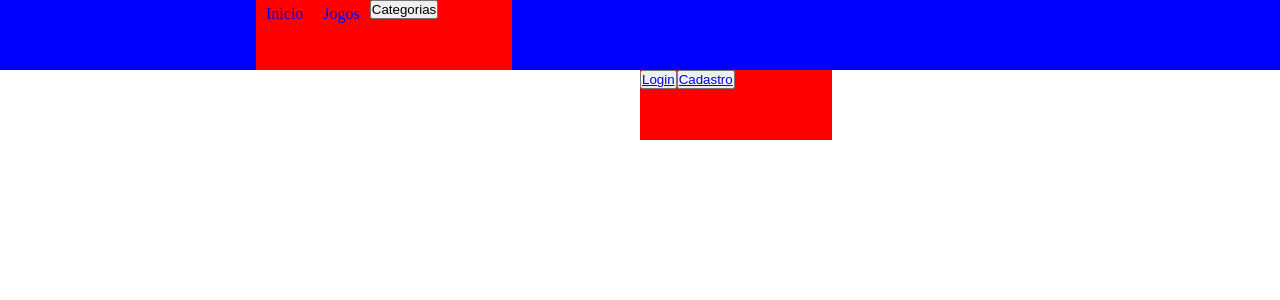
Repository: MarcoantonioCaldeira/Projeto-Go-Gamming
Page: /
An editor plug-in stored every save of this project. The page is shown before and after the next save, followed by the edit.
The browser window is 1280 px wide. The pictures show the whole page.
The project was rebuilt for these pictures with package versions that can differ from the ones it lists, and the page was loaded fresh each time. Also part of the build but not shown: src/pages/Inicio/estilo.css, src/pages/rodape/rodape.js, src/pages/Inicio/Inicio.js, src/pages/Jogos/Jogos.js, src/pages/Categorias/Acao.js, src/pages/Categorias/Aventura.js, src/pages/Categorias/Arcades.js, src/pages/Categorias/Familia.js and 7 more.

Above is the page before, as saved 2023-02-05 14:03:23.

### src/App.js
import ReactDOM from "react-dom/client";
import "./fonts/Poppins.ttf";
import { BrowserRouter, Routes, Route } from "react-router-dom";

import Menu from "./pages/Menu/Menu";
import Inicio from "./pages/Inicio/Inicio";

//Categorias
import Jogos from "./pages/Jogos/Jogos";
import Acao from "./pages/Categorias/Acao";
import Aventura from "./pages/Categorias/Aventura";
import Arcades from "./pages/Categorias/Arcades";
import Familia from "./pages/Categorias/Familia";
import Independentes from "./pages/Categorias/Independentes";
import Jogos_RPG from "./pages/Categorias/Jogos_RPG";
import Gratuitos from "./pages/Categorias/Gratuitos";
import Terror from "./pages/Categorias/Terror";
import Suspence from "./pages/Categorias/Suspence";


import Login from "./pages/Login/Login";
import Cadastro from "./pages/Cadastro/Cadastro";

function App() {
  return (
   <BrowserRouter>
    <Routes>
      <Route path="/" element={<Menu />}>
        <Route path="Inicio" element={<Inicio />}/>
        <Route path="jogos" element={< Jogos />}/>
          <Route path="Acao" element={<Acao />}/>
          <Route path="Aventura" element={<Aventura />}/>
          <Route path="Arcades" element={<Arcades />}/>
          <Route path="Familia" element={<Familia />}/>
          <Route path="Independentes" element={<Independentes />}/>
          <Route path="Jogos_RPG" element={<Jogos_RPG />}/>
          <Route path="Gratuitos" element={<Gratuitos />}/>
          <Route path="Terror" element={<Terror />}/>
          <Route path="Suspence" element={<Suspence />}/>
        <Route path="Login" element={<Login />}/>
        <Route path="Cadastro" element={<Cadastro />}/>
      </Route>
    </Routes>
   </BrowserRouter>
  );
}

const root = ReactDOM.createRoot(document.getElementById('root'))
root.render(<App />);
export default App;

### src/pages/Menu/Menu.js
import { Outlet, Link } from "react-router-dom";
import './estilo.css';


const Menu = () => {
  return (
      <>
        <nav id="nav_bar">
          <ul id="menu">
            <li>
              <Link to="./Inicio">Inicio</Link>
            </li>
            <li>
              <Link to="./Jogos">Jogos</Link>
            </li>
            <div class="dropdown" >
              <button class="dropbtn">Categorias</button>
                  <div class="dropdown-content">
                    <a><Link to="./Acao">Ação</Link></a>
                    <a><Link to="./Aventura">Aventura</Link></a>
                    <a><Link to="./Arcades">Arcades</Link></a>
                    <a><Link to="./Familia">Familia</Link></a>
                    <a><Link to="./Independentes">Independetes</Link></a>
                    <a><Link to="./Jogos_RPG">Jogos_RPG</Link></a>
                    <a><Link to="./Gratuitos">Gratuitos</Link></a>
                    <a><Link to="./Terror">Torror</Link></a>
                    <a><Link to="./Suspence">Suspence</Link></a>
                  </div>
            </div>
          </ul>
          <div id="area_cliente">
            <button><Link to="./Login">Login</Link></button>
            <button><Link to="./Cadastro">Cadastro</Link></button>
          </div>
        </nav>
        <Outlet />
      </>
  )
};

export default Menu;

### src/pages/Menu/estilo.css

*{
    margin: 0;
    padding: 0;
}

/* a, ul{
    display: inline;
    color: white;
    text-decoration: none !important;
    font-family: Arial;
} */


#nav_bar{
    width: 100%;
    height: 70px;
    background-color: blue;
}


#menu{
    width:20%;
    height: 70px;
    margin-left: 20%;
    background-color: red;
    list-style:none;
}

#nav_bar li{
    position:relative;
    float:left;
}

#nav_bar li a{ text-decoration:none; padding:5px 10px; display:block;}

/* DropDown Button */

.dropdown {
    position: relative;
    display: inline-block;
}


.dropbtn {
    /* background-color: #4CAF50; */
    /* color: white; */
    /* padding: 16px; */
    /* font-size: 16px; */
    /* border: none; */
    /* cursor: pointer; */
}


.dropdown-content {
    display: none;
    position: absolute;
    background-color: #f9f9f9;
    font-weight: 500;
    font-family: 'Montserrat', sans-serif;;
    min-width: 160px;
    box-shadow: 0px 8px 16px 0px rgba(0,0,0,0.2);
    z-index: 1;
  }

  .dropdown-content a {
    color: black;
    padding: 12px 16px;
    text-decoration: none;
    display: block;
  }

  .dropdown-content a:hover {background-color: #f1f1f1}


  .dropdown:hover .dropdown-content {
    display: block;
  }

  /* Area do Cliente */

  #area_cliente{
    position: relative;
    width: 15%;
    margin-left: 50%;
    height: 70px;
    background-color: red;
  }

Loaded but not shown: public/index.html (common file); src/index.js (common file); src/reportWebVitals.js (common file)

After the next save:
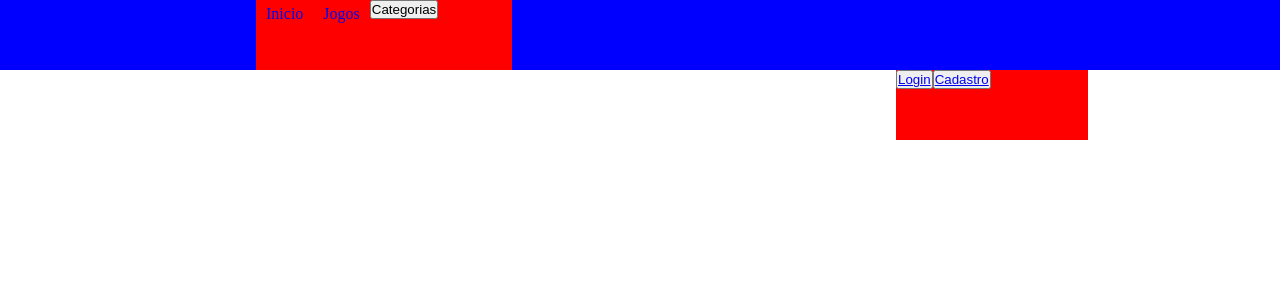
Saved 7 s later.
--- a/src/pages/Menu/estilo.css
+++ b/src/pages/Menu/estilo.css
@@ -82,7 +82,7 @@
   #area_cliente{
     position: relative;
     width: 15%;
-    margin-left: 50%;
+    margin-left: 70%;
     height: 70px;
     background-color: red;
   }
